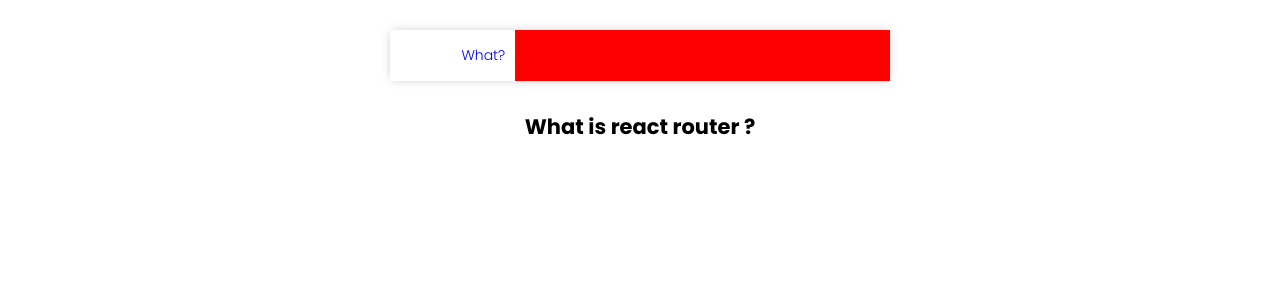
Repository: nguy3nds/2021-18-9-react
Page: /How
An editor plug-in stored every save of this project. The page is shown before and after the next save, followed by the edit.
The browser window is 1280 px wide. The pictures show the whole page.
The project was rebuilt for these pictures with package versions that can differ from the ones it lists, and the page was loaded fresh each time. Also part of the build but not shown: src/components/How.js, src/components/Why.js.

Above is the page before, as saved 2021-09-18 23:46:57.

### src/App.js
import React from "react";
import { BrowserRouter as Router, Switch, Route, Link } from "react-router-dom";
import "./App.css";
import What from "./components/What.js";
import How from "./components/How";
import Why from "./components/Why";

export default function App() {
  return (
    <Router>
      <div>
        <nav>
          <ul className="menu">
            <li class="menu-item has-child">
              <Link to="/">What?</Link>
            </li>
            <li className="menu-item has-child">
              <Link to="/about">Why?</Link>
            </li>
            <li className="menu-item has-child">
              <Link to="/users">How?</Link>
            </li>
          </ul>
        </nav>

        {/* A <Switch> looks through its children <Route>s and
            renders the first one that matches the current URL. */}
        <Switch>
          <Route path="/about">
            <How />
          </Route>
          <Route path="/users">
            <Why />
          </Route>
          <Route path="/">
            <What />
          </Route>
        </Switch>
      </div>
    </Router>
  );
}

### src/App.css
@import url("https://fonts.googleapis.com/css2?family=Poppins:wght@300;400;600;700&display=swap");
:root {
  --primary: #08aeea;
  --secondary: #13d2b8;
  --purple: #bd93f9;
  --pink: #ff6bcb;
  --blue: #8be9fd;
  --gray: #333;
  --font: "Poppins", sans-serif;
  --gradient: linear-gradient(40deg, #ff6ec4, #7873f5);
  --shadow: 0 0 15px 0 rgba(0, 0, 0, 0.05);
}
*,
*:before,
*:after {
  box-sizing: border-box;
}
html {
  font-size: 62.5%;
  text-align: center;
}

body {
  font-family: var(--font);
  font-size: 1.4rem;
  overflow-x: hidden;
  font-weight: 300;
}

img {
  display: block;
  max-width: 100%;
}

a {
  text-decoration: none;
}

input,
button,
textarea,
select {
  font-family: var(--font);
  font-size: 1.4rem;
  font-weight: 300;
  outline: none;
  border: 0;
  margin: 0;
  padding: 0;
  border-radius: 0;
  -webkit-appearance: none;
}

button {
  cursor: pointer;
}

.menu {
  position: relative;
  max-width: 500px;
  margin: 30px auto;
  display: grid;
  grid-template-columns: 1fr 1fr 1fr;
  justify-content: center;
  background-color: white;
  padding: 1.5rem;
  box-shadow: 0 0 10px -2px rgba(0, 0, 0, 0.25);
}
.menu:after {
  content: "";
  position: absolute;
  top: 0;
  right: 0;
  bottom: 0;
  left: 0;
  background-image: linear-gradient(
    to right,
    transparent 0%,
    transparent 25%,
    red calc(25%)
  );
}
.menu-link {
  font-size: 1.4rem;
  color: #918eae;
  display: block;
}
.menu-link:hover {
  color: #202842;
}
.menu-item {
  position: relative;
  margin: 0 5rem;
}

.menu-item::after {
  background-color: #333;
  height: 45px;
  width: 2px;
}

.menu-child-link {
  display: flex;
  align-items: center;
  justify-content: space-between;
  padding: 1.5rem;
  color: #918eae;
}
.menu-child-item {
  position: relative;
}
.menu-child-link:hover {
  color: #202842;
}

.menu-toggle {
  display: none;
}
.nav {
  position: relative;
}
.arrow-right {
  display: none;
}
@media screen and (min-width: 1024px) {
  .arrow-down {
    display: none;
  }
  .arrow-right {
    display: block;
  }
  .menu-item:not(:first-child) {
    margin-left: 2rem;
  }
  .menu-child {
    position: absolute;
    top: 100%;
    left: 0;
    margin-top: 1rem;
    min-width: 20rem;
    background-color: white;
    box-shadow: var(--shadow);
    display: none;
  }
  .menu-child:before {
    content: "";
    position: absolute;
    top: 0;
    left: 0;
    width: 100%;
    height: 1rem;
    background-color: transparent;
    transform: translateY(-100%);
  }
  .menu-child1 {
    top: 0;
    left: 100%;
    margin-top: 0;
  }
  .menu-item.has-child:hover > .menu-child {
    display: block;
  }
  .menu-child-item.has-child:hover > .menu-child {
    display: block;
  }
}

ul li {
  list-style: none;
}
@media screen and (max-width: 1023px) {
  .menu {
    position: absolute;
    right: 0;
    top: 100%;
    min-width: 20rem;
    background-color: white;
    box-shadow: var(--shadow);
    flex-direction: column;
    display: none;
    z-index: 100;
  }
  .menu.show,
  .menu-child.show {
    display: block;
  }
  .menu-item:not(:last-child) {
    border-bottom: 1px solid #eee;
  }
  .menu-link {
    padding: 1.5rem;
    display: flex;
    justify-content: space-between;
    align-items: center;
  }
  .menu-child {
    display: none;
    background-color: #f6f6f6;
  }
  .menu-child1 {
    background-color: #eee;
  }
  .menu-toggle {
    width: max-content;
    font-size: 2rem;
    display: block;
    margin-left: auto;
    cursor: pointer;
  }
}

### src/components/What.js
import React from "react";

export default function What() {
  return <h2>What is react router ?</h2>;
}

Loaded but not shown: public/index.html (common file); src/index.js (common file); src/index.css (common file); src/reportWebVitals.js (common file)

After the next save:
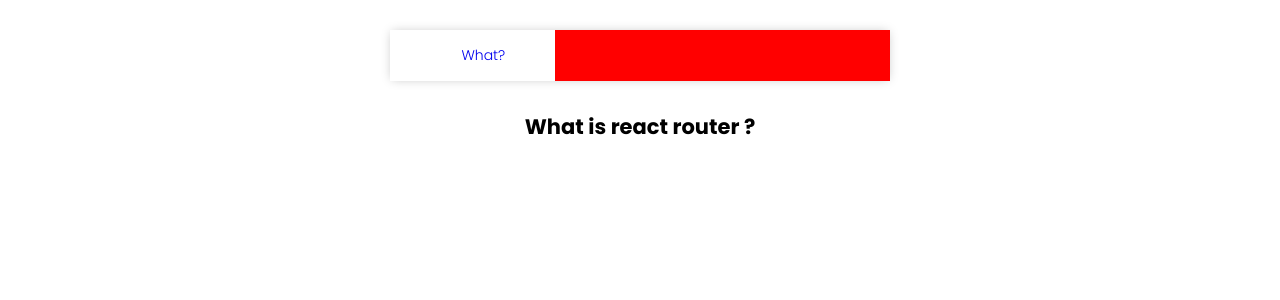
Saved 12 s later.
--- a/src/App.css
+++ b/src/App.css
@@ -76,8 +76,8 @@ button {
   background-image: linear-gradient(
     to right,
     transparent 0%,
-    transparent 25%,
-    red calc(25%)
+    transparent 33%,
+    red calc(33%)
   );
 }
 .menu-link {
